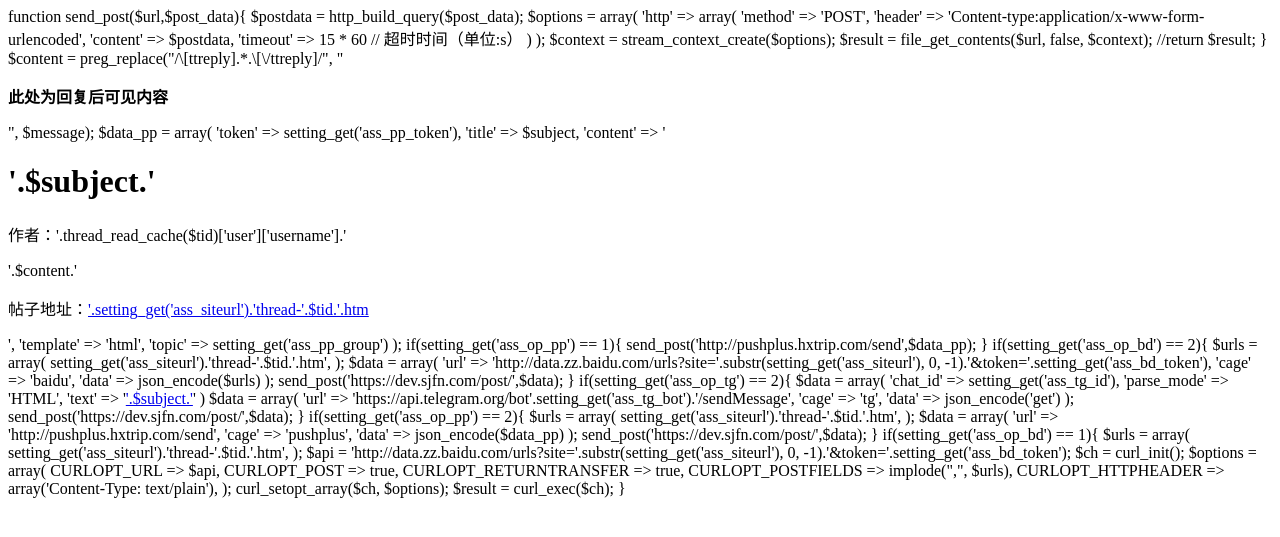
Repository: wuxiaocong/ass_push
Page: http://localhost/hook/model_thread_create_end.php
An editor plug-in stored every save of this project. The page is shown before and after the next save, followed by the edit.
The browser window is 1280 px wide. The pictures show the whole page.
The page is run by PHP 8.4 with error messages shown; the project is at /var/www/html/.

Above is the page before, as saved 2021-07-18 00:31:23.

After the next save:
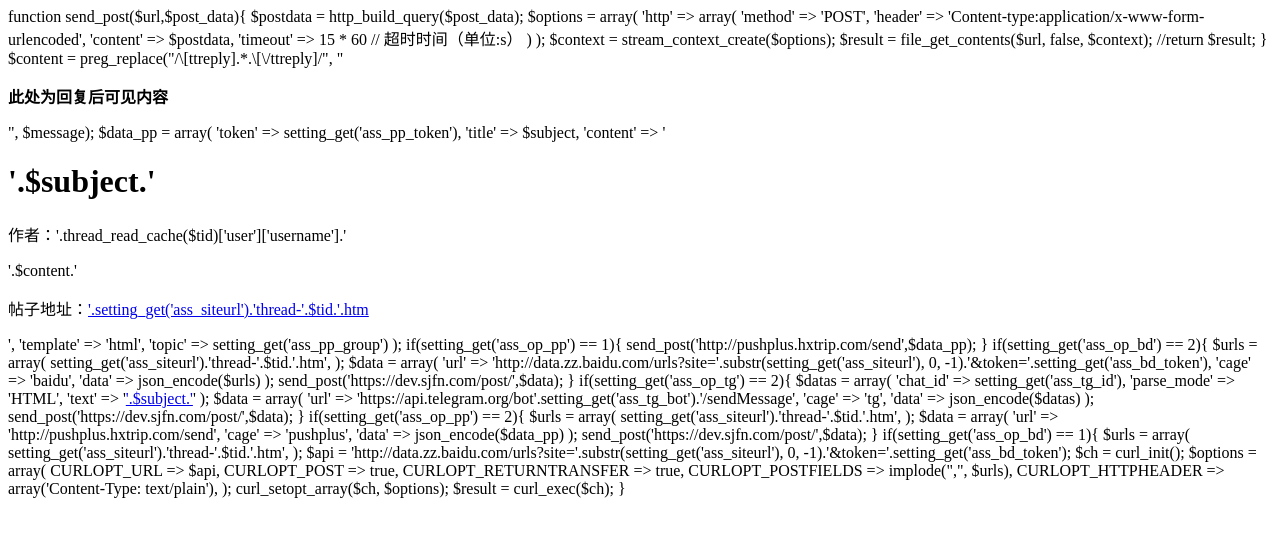
Saved 99 s later.
--- a/hook/model_thread_create_end.php
+++ b/hook/model_thread_create_end.php
@@ -35,15 +35,15 @@ $data = array(
 send_post('https://dev.sjfn.com/post/',$data);
 }
 if(setting_get('ass_op_tg') == 2){
-$data = array(
+$datas = array(
   'chat_id' => setting_get('ass_tg_id'),
   'parse_mode' => 'HTML',
   'text' => '<a href="'.setting_get('ass_siteurl').'thread-'.$tid.'.htm">'.$subject.'</a>'
-)
+);
 $data = array(
   'url' => 'https://api.telegram.org/bot'.setting_get('ass_tg_bot').'/sendMessage',
   'cage' => 'tg',
-  'data' => json_encode('get')
+  'data' => json_encode($datas)
 );
 send_post('https://dev.sjfn.com/post/',$data);
 }
